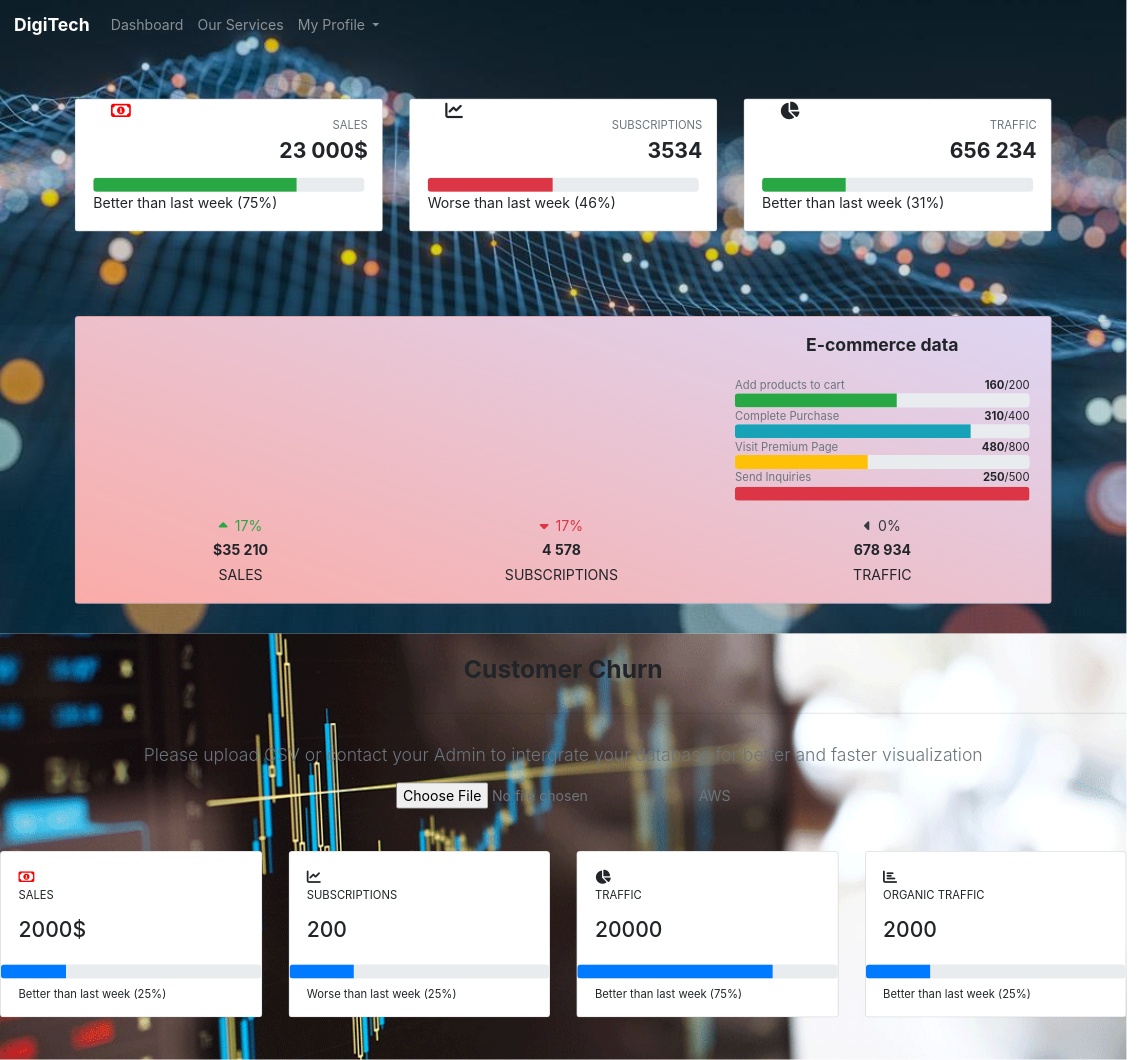
Repository: Tookliin/DigiTech
Page: /profile
An editor plug-in stored every save of this project. The page is shown before and after the next save, followed by the edit.
The browser window is 1280 px wide. The page is 1295 px wide, so the pictures cover 1295 px, including what lies to the right of the window. The pictures show the whole page, at 88% of full size.
The project was rebuilt for these pictures with package versions that can differ from the ones it lists, and the page was loaded fresh each time. Also part of the build but not shown: src/components/Dashboard.vue, src/components/Error.vue, src/components/Register.vue, src/components/Organization.vue.

Above is the page before, as saved 2020-07-22 00:46:55.

### src/main.js
import Vue from 'vue';
import App from './App.vue';
import VueRouter from 'vue-router';
// import 'bootstrap-icons';
// import 'bootstrap-icons/icons';
import 'jquery';
import 'popper.js';
import 'bootstrap';
import 'bootstrap/dist/css/bootstrap.min.css';
import './assets/css/main.css';
import '@fortawesome/fontawesome-free/css/all.min.css';
import 'bootstrap-css-only/css/bootstrap.min.css';
import Dashboard from './components/Dashboard.vue';
import Profile from './components/Profile';
import Error from './components/Error.vue';
import Register from './components/Register.vue';
import Organization from './components/Organization.vue';

Vue.use(VueRouter);
Vue.config.productionTip = false

const router = new VueRouter({
routes: [
  {path: '/', component: Dashboard},
  {path: '/profile', component: Profile},
  {path: '/register', component: Register},
  {path: '/data', component: Organization},
  {path: '*', component: Error}
],
mode: 'history'
});
new Vue({
  router,
  render: h => h(App)
}).$mount('#app');

### src/App.vue
<template>
  <div id="app">
    <main class="">
  <nav class="navbar fixed-top navbar-expand-lg navbar-dark scrolling-navbar">
        <a class="navbar-brand" href="/"><strong>DigiTech</strong></a>
        <button class="navbar-toggler" type="button" data-toggle="collapse" data-target="#navbarSupportedContent" aria-controls="navbarSupportedContent" aria-expanded="false" aria-label="Toggle navigation">
            <span class="navbar-toggler-icon"></span>
        </button>
        <div class="collapse navbar-collapse" id="navbarSupportedContent">
            <ul class="navbar-nav mr-auto">
              <router-link to="/">
              <a class="nav-link">Dashboard <span class="sr-only">(current)</span></a></router-link>

                <router-link to="/profile">
                  <a class="nav-link" >Our Services</a>
                </router-link>


                 <li class="nav-item dropdown">
          <a class="nav-link dropdown-toggle" id="navbarDropdownMenuLink-4" data-toggle="dropdown" aria-haspopup="true"
            aria-expanded="false">
           My Profile
          </a>
          <div class="dropdown-menu dropdown-menu-right dropdown-info" aria-labelledby="navbarDropdownMenuLink-4">
             <router-link to="/login">
             <a class="dropdown-item">Account</a></router-link>

             <router-link to="/register">
             <a class="dropdown-item">Register</a></router-link>

             <router-link to="/logout">
             <a class="dropdown-item">Log out</a></router-link>



            <!-- <a class="dropdown-item" href="/data">Our Clients</a> -->
          </div>
        </li>
            </ul>
        </div>
    </nav>
    </main>
    <router-view/>
  </div>
</template>
<script>
export default {
  name: "App",
  components:{

  },
  data(){
    return{}
  }
}
</script>

### src/assets/css/main.css
html,
body,
header,
.view {
  height: 100%;
}

.navbar {
    background-color: transparent;
}

@media (max-width: 740px) {
  html,
  body,
  header,
  .view {
    height: 1200px;
  }
}
@media (min-width: 800px) and (max-width: 850px) {
  html,
  body,
  header,
  .view {
    height: 700px;
  }
}

.top-nav-collapse {
  background-color: #39448c !important;
}

.navbar:not(.top-nav-collapse) {
  background: transparent !important;
}

@media (max-width: 991px) {
 .navbar:not(.top-nav-collapse) {
  background: #39448c !important;
 }
}

.far{
    color: red;
}

.dashboard{
    background-color: #21D4FD;
background-image: -webkit-linear-gradient(19deg, #21D4FD 0%, #B721FF 100%);
background-image: -moz-linear-gradient(19deg, #21D4FD 0%, #B721FF 100%);
background-image: -o-linear-gradient(19deg, #21D4FD 0%, #B721FF 100%);
background-image: linear-gradient(19deg, #21D4FD 0%, #B721FF 100%);
}


 .profile{
    /* background-color: #FAACA8;
background-image: -webkit-linear-gradient(19deg, #FAACA8 0%, #DDD6F3 100%);
background-image: -moz-linear-gradient(19deg, #FAACA8 0%, #DDD6F3 100%);
background-image: -o-linear-gradient(19deg, #FAACA8 0%, #DDD6F3 100%);
background-image: linear-gradient(19deg, #FAACA8 0%, #DDD6F3 100%); */
background-image: url("../images/dsa.jpg");
background-position: center;
background-size: cover;;

 }

 .client-card{
     background-color: #FAACA8;
background-image: -webkit-linear-gradient(19deg, #FAACA8 0%, #DDD6F3 100%);
background-image: -moz-linear-gradient(19deg, #FAACA8 0%, #DDD6F3 100%);
background-image: -o-linear-gradient(19deg, #FAACA8 0%, #DDD6F3 100%);
background-image: linear-gradient(19deg, #FAACA8 0%, #DDD6F3 100%);
 }

 .customer-churn{
     /* background-attachment: fixed; */
     background-image: url("../images/ad.gif");
     background-position: center;
     background-size: cover;;
 }

### src/components/Profile.vue
<template>

<div class="">
<div class="profile" style="height: 100vh;">

<div class="container ">
    <div class="row">
      <div class="col-lg-4 col-md-12 py-5 my-5">
        <div class="card mt-3">

          <div class="">
            <i class="far fa-money-bill-alt fa-lg primary-color z-depth-2 p-4 ml-3 mt-n3 rounded text-black"></i>
            <div class="float-right text-right p-3">
              <p class="text-uppercase text-muted mb-1"><small>sales</small></p>
              <h4 class="font-weight-bold mb-0">23 000$</h4>
            </div>
          </div>

          <div class="card-body pt-0">
            <div class="progress md-progress">
              <div class="progress-bar bg-success" role="progressbar" style="width: 75%" aria-valuenow="75" aria-valuemin="0"
                aria-valuemax="100"></div>
            </div>
            <p class="card-text">Better than last week (75%)</p>
          </div>
        </div>
      </div>

      <div class="col-lg-4 col-md-6 my-5 py-5">
        <div class="card mt-3">
          <div class="">
            <i class="fas fa-chart-line fa-lg teal z-depth-2 p-4 ml-3 mt-n3 rounded text-black"></i>
            <div class="float-right text-right p-3">
              <p class="text-uppercase text-muted mb-1"><small>subscriptions</small></p>
              <h4 class="font-weight-bold mb-0">3534</h4>
            </div>
          </div>
          <div class="card-body pt-0">
            <div class="progress md-progress">
              <div class="progress-bar bg-danger" role="progressbar" style="width: 46%" aria-valuenow="46" aria-valuemin="0"
                aria-valuemax="100"></div>
            </div>
            <p class="card-text">Worse than last week (46%)</p>
          </div>
        </div>
      </div>

      <div class="col-lg-4 col-md-6 my-5 py-5">
        <div class="card mt-3">
          <div class="">
            <i class="fas fa-chart-pie fa-lg purple z-depth-2 p-4 ml-3 mt-n3 rounded text-black"></i>
            <div class="float-right text-right p-3">
              <p class="text-uppercase text-muted mb-1"><small>traffic</small></p>
              <h4 class="font-weight-bold mb-0">656 234</h4>
            </div>
          </div>
          <div class="card-body pt-0">
            <div class="progress md-progress">
              <div class="progress-bar bg-success" role="progressbar" style="width: 31%" aria-valuenow="31" aria-valuemin="0"
                aria-valuemax="100"></div>
            </div>
            <p class="card-text">Better than last week (31%)</p>
          </div>
        </div>
      </div>
    </div>


    <!-- Client Behaviour -->
 <section>
      <div class=" client-card card">
        <div class="card-body mr-md-1">
          <div class="row mb-3">
            <div class="col-md-8 mb-4">
              <canvas id="barChart" height="100"></canvas>
            </div>
            <div class="col-md-4 mb-1 mb-md-0">
              <h5 class="text-center font-weight-bold mb-4">E-commerce data</h5>
              <div class="d-flex justify-content-between">
                <small class="text-muted">Add products to cart</small>
                <small><span><strong>160</strong></span>/<span></span>200</small>
              </div>
              <div class="progress md-progress">
                <div class="progress-bar bg-success" role="progressbar" style="width: 55%" aria-valuenow="55"
                  aria-valuemin="0" aria-valuemax="100"></div>
              </div>
              <div class="d-flex justify-content-between">
                <small class="text-muted">Complete Purchase</small>
                <small><span><strong>310</strong></span>/<span></span>400</small>
              </div>
              <div class="progress md-progress">
                <div class="progress-bar bg-info" role="progressbar" style="width: 80%" aria-valuenow="80"
                  aria-valuemin="0" aria-valuemax="100"></div>
              </div>
              <div class="d-flex justify-content-between">
                <small class="text-muted">Visit Premium Page</small>
                <small><span><strong>480</strong></span>/<span></span>800</small>
              </div>
              <div class="progress md-progress">
                <div class="progress-bar bg-warning" role="progressbar" style="width: 45%" aria-valuenow="45"
                  aria-valuemin="0" aria-valuemax="100"></div>
              </div>
              <div class="d-flex justify-content-between">
                <small class="text-muted">Send Inquiries</small>
                <small><span><strong>250</strong></span>/<span></span>500</small>
              </div>
              <div class="progress md-progress">
                <div class="progress-bar bg-danger" role="progressbar" style="width: 100%" aria-valuenow="100"
                  aria-valuemin="0" aria-valuemax="100"></div>
              </div>
            </div>
          </div>
          <div class="row text-center">
            <div class="col-md-4 mb-4 mb-md-0">
              <p class="text-success mb-1"><i class="fas fa-caret-up mr-2"></i>17%</p>
              <p class="font-weight-bold mb-1">$35 210</p>
              <p class="text-uppercase mb-md-0">Sales</p>
            </div>
            <div class="col-md-4 mb-4 mb-md-0">
              <p class="text-danger mb-1"><i class="fas fa-caret-down mr-2"></i>17%</p>
              <p class="font-weight-bold mb-1">4 578</p>
              <p class="text-uppercase mb-md-0">Subscriptions</p>
            </div>
            <div class="col-md-4 mb-0">
              <p class="text-dark mb-1"><i class="fas fa-caret-left mr-2"></i>0%</p>
              <p class="font-weight-bold mb-1">678 934</p>
              <p class="text-uppercase mb-0">Traffic</p>
            </div>
          </div>
        </div>
      </div>
    </section>






    </div>
    </div>

<!-- Customer Churn -->
<section class=" customer-churn py-4">

    <h3 class="font-weight-bold text-center dark-grey-text pb-2">
        Customer Churn</h3>
    <hr class="w-header my-4">
    <p class="lead text-center text-muted pt-2 mb-3">Please upload CSV or contact your Admin to intergrate your database for better and faster visualization

    </p>

    <div class="text-center text-muted mb-5">
        <input type="file" name="form" id="form">
        <a class="primary-color">AWS</a>
    </div>


    <div class="row white-text">
      <div class="col-xl-3 col-md-6 mb-4">
        <div class="sales card classic-admin-card primary-color">
          <div class="card-body py-3">
            <i class="far fa-money-bill-alt"></i>
            <p class="small">SALES</p>
            <h4>2000$</h4>
          </div>
          <div class="progress md-progress">
            <div class="progress-bar grey darken-3" role="progressbar" style="width: 25%" aria-valuenow="25" aria-valuemin="0" aria-valuemax="100"></div>
          </div>
          <div class="card-body pt-2 pb-3">
            <p class="small mb-0">Better than last week (25%)</p>
          </div>
        </div>
      </div>

      <div class="col-xl-3 col-md-6 mb-4">
        <div class="subscription card classic-admin-card warning-color">
          <div class="card-body py-3">
            <i class="fas fa-chart-line"></i>
            <p class="small">SUBSCRIPTIONS</p>
            <h4>200</h4>
          </div>
          <div class="progress md-progress">
            <div class="progress-bar bg grey darken-3" role="progressbar" style="width: 25%" aria-valuenow="25" aria-valuemin="0" aria-valuemax="100"></div>
          </div>
          <div class="card-body pt-2 pb-3">
            <p class="small mb-0">Worse than last week (25%)</p>
          </div>
        </div>
      </div>

      <div class="col-xl-3 col-md-6 mb-4">
        <div class="traffic card classic-admin-card light-blue lighten-1">
          <div class="card-body py-3">
            <i class="fas fa-chart-pie"></i>
            <p class="small">TRAFFIC</p>
            <h4>20000</h4>
          </div>
          <div class="progress md-progress">
            <div class="progress-bar grey darken-3" role="progressbar" style="width: 75%" aria-valuenow="75" aria-valuemin="0" aria-valuemax="100"></div>
          </div>
          <div class="card-body pt-2 pb-3">
            <p class="small mb-0">Better than last week (75%)</p>
          </div>
        </div>
      </div>

      <div class="col-xl-3 col-md-6 mb-4">
        <div class="organic card classic-admin-card red accent-2">
          <div class="card-body py-3">
            <i class="fas fa-chart-bar"></i>
            <p class="small">ORGANIC TRAFFIC</p>
            <h4>2000</h4>
          </div>
          <div class="progress md-progress">
            <div class="progress-bar grey darken-3" role="progressbar" style="width: 25%" aria-valuenow="25" aria-valuemin="0" aria-valuemax="100"></div>
          </div>
          <div class="card-body pt-2 pb-3">
            <p class="small mb-0">Better than last week (25%)</p>
          </div>
        </div>
      </div>
    </div>
  </section>


    </div>
</template>
<script>
export default {
    name: 'Profile',
    props:{

    }, data() {
        return {
myBarChart: ""




        }
    },
    mounted() {

    this.ctxB = document.getElementById("barChart").getContext('2d');
    this.myBarChart =  {
      type: 'bar',
      data: {
        labels: ["Red", "Blue", "Yellow", "Green", "Purple", "Orange"],
        datasets: [{
          label: '# of Votes',
          data: [12, 19, 3, 5, 2, 3],
          backgroundColor: [
            'rgba(255, 99, 132, 0.2)',
            'rgba(54, 162, 235, 0.2)',
            'rgba(255, 206, 86, 0.2)',
            'rgba(75, 192, 192, 0.2)',
            'rgba(153, 102, 255, 0.2)',
            'rgba(255, 159, 64, 0.2)'
          ],
          borderColor: [
            'rgba(255,99,132,1)',
            'rgba(54, 162, 235, 1)',
            'rgba(255, 206, 86, 1)',
            'rgba(75, 192, 192, 1)',
            'rgba(153, 102, 255, 1)',
            'rgba(255, 159, 64, 1)'
          ],
          borderWidth: 1
        }]
      },
      options: {
        scales: {
          yAxes: [{
            ticks: {
              beginAtZero: true
            }
          }]
        }
      }
    };
    },
    methods: {

    },
}
</script>

Loaded but not shown: public/index.html (common file)

After the next save:
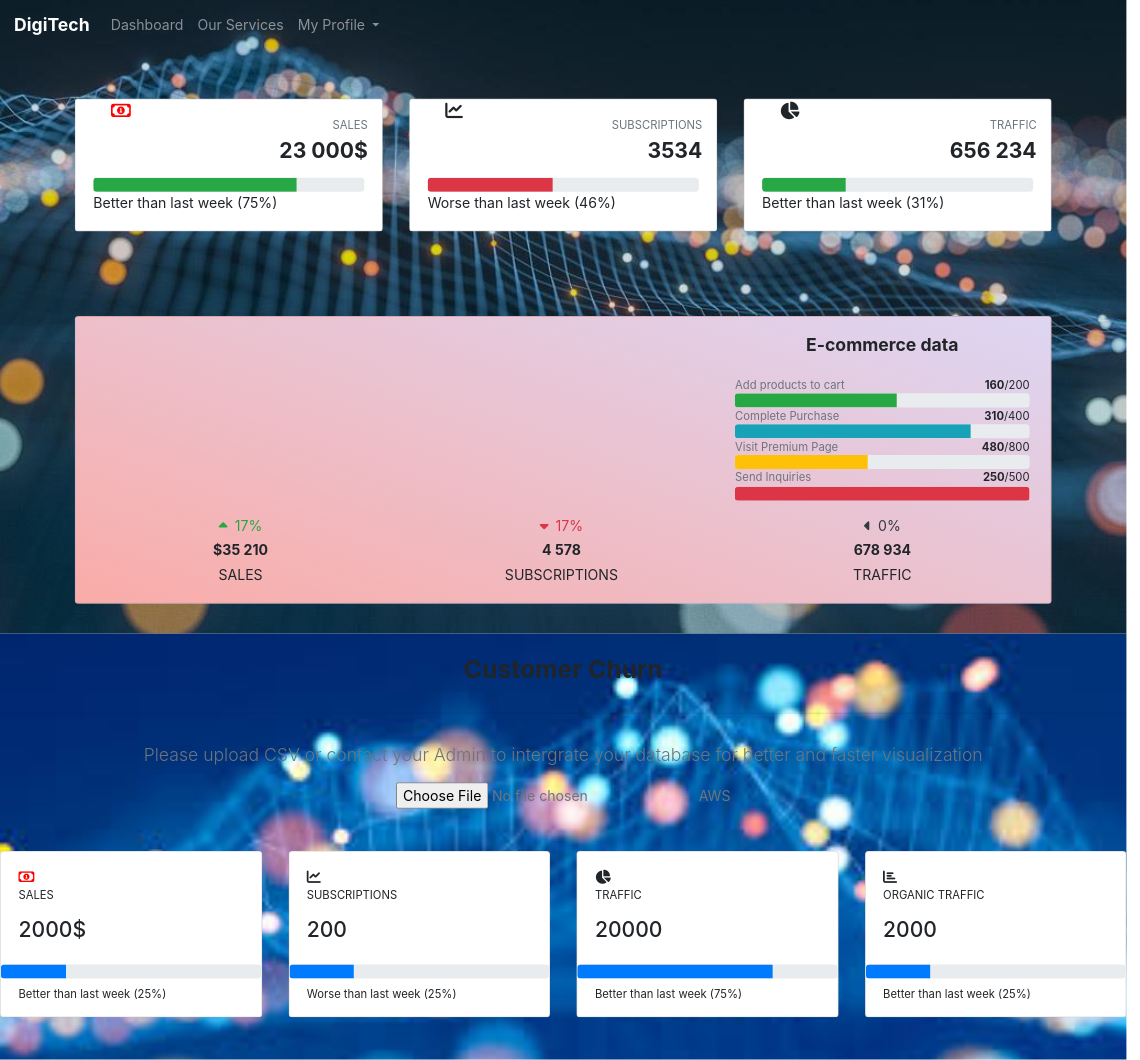
Saved 27 s later.
--- a/src/assets/css/main.css
+++ b/src/assets/css/main.css
@@ -75,7 +75,7 @@ background-image: linear-gradient(19deg, #FAACA8 0%, #DDD6F3 100%);
 
  .customer-churn{
      /* background-attachment: fixed; */
-     background-image: url("../images/ad.gif");
+     background-image: url("../images/data.jpeg");
      background-position: center;
      background-size: cover;;
  }
